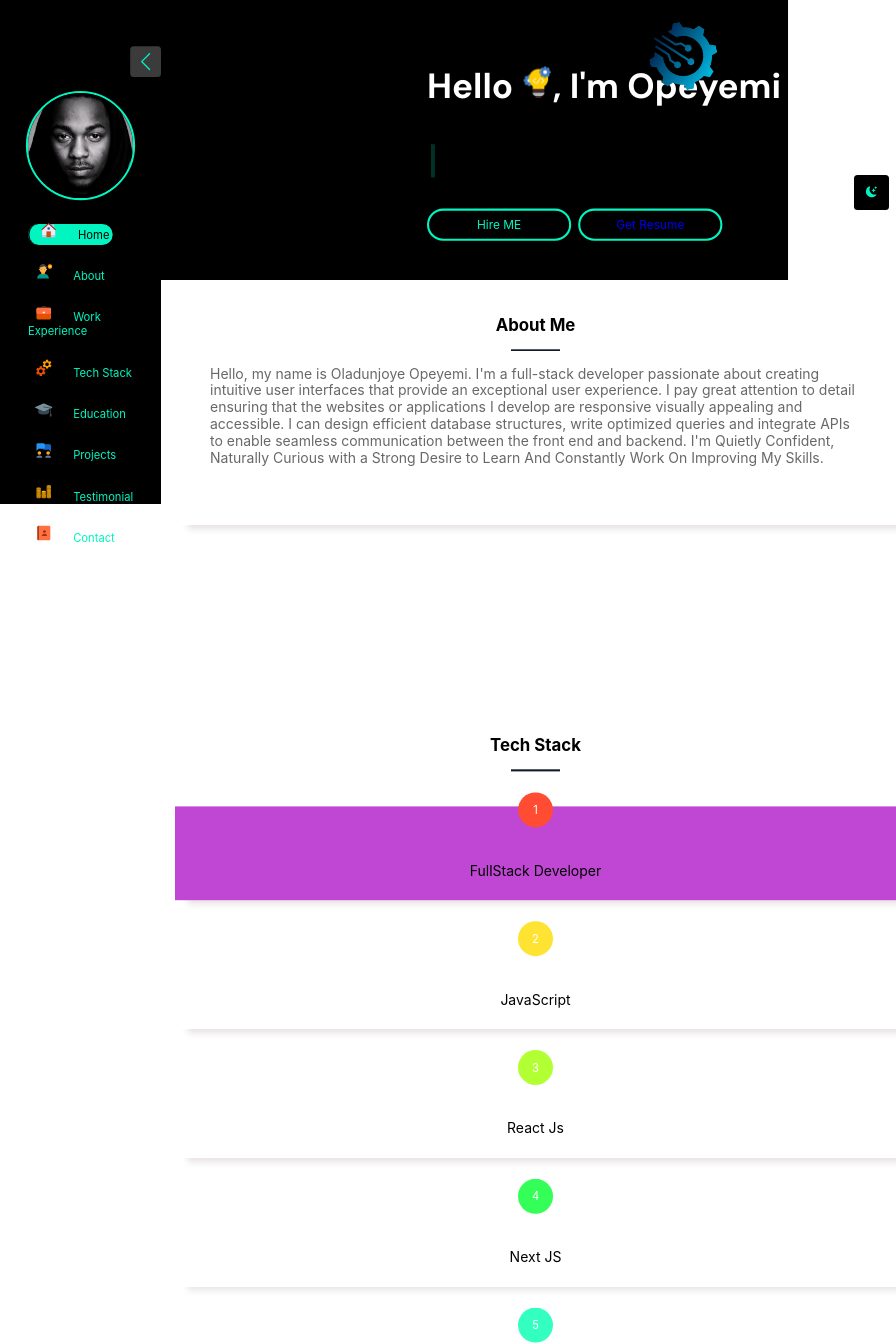
Repository: Laoye99/portfolio
Page: /
The author's editor kept a copy of each file at every save. The page is drawn from the files as they stood at one save, then again after the next save.
The browser window is 1280 px wide. The pictures show the part of the page from y = 0 to 1920 px (the page is 2877 px tall), at 70% of full size.
The project was rebuilt for these pictures with package versions that can differ from the ones it lists, and the page was loaded fresh each time. Imported but missing from the stored project, and not drawn on this page: src/components/Home/MyResume.pdf.

Above is the page before, as saved 2024-02-15 14:22:03.

### src/App.js
import './App.css';
import { createContext, useState } from 'react';
import ScrollToTop from 'react-scroll-to-top';
import Navbar from './components/SideNav/Navbar';
import Sidebar from './components/SideNav/Sidebar';
import About from './components/About/About';
import TechStack from './components/TechStack/TechStack';

export const ThemeContext = createContext(null);

const App = () => {
  const [theme, setTheme] = useState("light");

  const changeTheme = () => {
    setTheme((prev) => (prev === "light" ? "dark" : "light"));
  };
  return (
    <ThemeContext.Provider value={{ theme, changeTheme }}>
    <div id={theme}>
    <Navbar/>
    <Sidebar changeTheme={changeTheme} theme={theme}/>
    <About/>
    <TechStack/>
    </div>
    <ScrollToTop
    top="200"
    smooth
    height="20"
    width="20"
    color="#00f5c0"
    style={{ borderRadius: "90px ", backgroundColor: "#000000" }}
    />
    </ThemeContext.Provider>
  );
}

export default App;

### src/App.css
::-webkit-scrollbar {
  width: 8px;
  height: auto;
}

::-webkit-scrollbar-track {
  box-shadow: inset 0 0 5px rgb(103, 100, 109);
}

::-webkit-scrollbar-thumb {
  background-color: #121b27;
  border-radius: 5px;
}

::-webkit-scrollbar-thumb:hover {
  background-color: rgba(189, 59, 210, 0.94);
}

#dark {
  background-color: #273746;
  color: #ffffff;
}

### src/components/SideNav/Navbar.js
import { useState } from "react";
import "./Navbar.css";
import {GiHamburgerMenu} from "react-icons/gi";
import { Link } from "react-scroll";
import {
    FcHome,
    FcBriefcase,
    FcContacts,
    FcServices,
    FcCollaboration,
    FcPortraitMode } from "react-icons/fc";

const Navbar = () => {
    const [open, setOpen] = useState(false);

    const handleClick = () => {
        setOpen(!open);
    };
    return(
        <div className="navbar">
        <div className="navbar-header">
        <p>
        <GiHamburgerMenu size={25} onClick={handleClick} />
        </p>
        </div>
        {open ? (
        <div className="nav">
        <ul>
        <li className="nav-item">
        <Link
        to="home"
        spy={true}
        smooth={true}
        duration={100}
        offset={-100}
        >
        <FcHome size={25}/>
        Home
        </Link>
        </li>
        <li className="nav-item">
        <Link
        to="about"
        spy={true}
        smooth={true}
        duration={100}
        offset={-100}
        >
        <FcPortraitMode size={25}/>
        About
        </Link>
        </li>
        <li className="nav-item">
        <Link
        to="project"
        spy={true}
        smooth={true}
        duration={100}
        offset={-100}
        >
        <FcBriefcase  size={25}/>
        Work Experience
        </Link>
        </li>
        <li className="nav-item">
        <Link
        to="stack"
        spy={true}
        smooth={true}
        duration={100}
        offset={-100}
        >
        <FcServices  size={25} />
        Tech Stack
        </Link>
        </li>
        <li className="nav-item">
        <Link
        to="project"
        spy={true}
        smooth={true}
        duration={100}
        offset={-100}
        >
        <FcCollaboration   size={25} />
        Projects
        </Link>
        </li>
        <li className="nav-item">
        <Link
        to="contact"
        spy={true}
        smooth={true}
        duration={100}
        offset={-100}
        >
        <FcContacts size={25}/>
        Contact
        </Link>
        </li>
        </ul>
        </div>
        ) : null}
        </div>
    );
};

export default Navbar;

### src/components/SideNav/Sidebar.js
import { useState } from "react";
import { BsChevronLeft, BsChevronRight } from "react-icons/bs";
import "./Sidebar.css";
import SidebarList from "./SidebarList";
import Home from "../Home/Home";


const Sidebar = ({ theme,changeTheme }) => {
    const [expandSidebar, setExpandSidebar] = useState(true);

    const handleExpandClick = () => {
        setExpandSidebar(!expandSidebar);
    };
    return(
        <div className="container-fluid sidebar-section">
        <div className={expandSidebar ? "sidebar-expand sidebar" : "sidebar"}>
        <div className="icon-sidebar">
        <p onClick={handleExpandClick}>
        {expandSidebar ? (
            <BsChevronLeft size={30} color="#00f5c0"/>
            ) : (
        <BsChevronRight size={30} color="#00f5c0"/>
            )}
        </p>
        </div>
        <SidebarList expandSidebar={expandSidebar} />
        </div>
        <div className="container-fluid">
          <Home changeTheme = {changeTheme} theme = {theme}/>
        </div>

        </div>
    );
};

export default Sidebar;

### src/components/About/About.js
import React from "react";
import ProfilePic from "../../Image/Screenshot (29).png";
import {Fade} from "react-awesome-reveal";
import {Flip} from "react-awesome-reveal";
import './About.css';
const About = () => {
    return(
        <div className="container about-section" id="about">
    <div className="row">
      <div className="col-xl-6 col-lg-6 col-md-12 col-sm-12">
        <div className="about-details">
          <Flip left>
            <div className="about-title">
              <h2>About Me</h2>
              <span className="line"></span>
            </div>
          </Flip>

          <Fade right>
            <p className="description">
              Hello, my name is Oladunjoye Opeyemi.
              I'm a full-stack developer
              passionate about creating intuitive
              user interfaces that provide
              an exceptional user experience.
              I pay great attention to detail
              ensuring that the websites or applications
              I develop are responsive
              visually appealing and accessible.
              I can design efficient database
              structures, write optimized queries
              and integrate APIs to enable
              seamless communication between
              the front end and backend.
              I'm Quietly Confident, Naturally Curious
               with a Strong Desire to
              Learn And Constantly Work On Improving My Skills.
            </p>
          </Fade>
        </div>
      </div>
    </div>
  </div>
    )
};

export default About;

### src/components/SideNav/Navbar.css
.navbar {
    position: sticky;
    top: 0;
    z-index: 1;
  }

  .navbar-header {
    width: 100%;
    background-color: #00f5c0;
    color: #000000;
    padding: 5px;
  }

  .navbar-header p svg {
    margin-left: 10px;
    cursor: pointer;
    margin-top: 20px;
    margin-right: 5px;
  }

  .nav {
    height: auto;
    width: 210px;
    background-color: #000000;
    margin-top: 30px;
    padding-top: 10px;
    padding-bottom: 10px;
  }

  .nav ul li {
    color: #000000;
    list-style-type: none;
    cursor: pointer;
    text-decoration: none;
    margin-top: 30px;
  }

  .nav ul li a {
    text-decoration: none;
    color: #00f5c0;
  }

  .nav-item .active {
    color: #000000;
    background-color: #00f5c0;
    border-radius: 90px;
    padding: 5px;
    width: 100%;
  }

  @media (min-width: 1000px) {
    .navbar {
      display: none;
    }
  }

### src/components/SideNav/Sidebar.css
.sidebar-section {
    display: flex;
    /* background-color: #030303da; */
  }

  .sidebar {
    height: 100vh;
    background-color: #000000;
    width: 95px;
    position: fixed;
  }

  .sidebar-expand {
    width: 230px;
  }

  .container-fluid {
    padding-left: 0px !important;
    padding-right: 0px !important;
    overflow: hidden;
  }

  .icon-sidebar {
    display: flex;
    align-items: right;
    justify-content: right;
    cursor: pointer;
  }

  .icon-sidebar p svg {
    background-color: #3b3b3b;
    padding: 7px;
    color: #00f5c0;
    border-radius: 5px;
    margin-top: 50px;
  }

  @media (max-width: 1000px) {
    .sidebar {
      display: none;
    }
  }

### src/components/SideNav/SidebarList.js
import { Fragment } from "react";
import './SidebarList.css';
import {
    FcHome,
    FcBriefcase,
    FcContacts,
    FcServices,
    FcCollaboration,
    FcSalesPerformance,
    FcPortraitMode,
    FcGraduationCap } from "react-icons/fc";
import {MdCastForEducation} from "react-icons/md";
import { Link } from "react-scroll";
import profilepic from"../../Image/Screenshot (29).png";

const SidebarList =({expandSidebar}) => {
return(
    <Fragment>
    {expandSidebar ? (
    <div className="navbar-items">
          <div className="sidebar-profile-pic">
            <img src={profilepic} alt="profile" />
          </div>
          <ul>
            <li className="nav-item">
              <Link
                to="home"
                spy={true}
                smooth={true}
                duration={100}
                offset={-100}
              >
                <FcHome size={25} /> Home
              </Link>
            </li>
            <li className="nav-item">
              <Link
                to="about"
                spy={true}
                smooth={true}
                duration={100}
                offset={-100}
              >
                <FcPortraitMode size={25}  /> About
              </Link>
            </li>
            <li className="nav-item">
              <Link
                to="project"
                spy={true}
                smooth={true}
                duration={100}
                offset={-100}
              >
                <FcBriefcase size={25} /> Work Experience
              </Link>
            </li>
            <li className="nav-item">
              <Link
                to="stack"
                spy={true}
                smooth={true}
                duration={100}
                offset={-100}
              >
                <FcServices size={25} /> Tech Stack
              </Link>
            </li>
            <li className="nav-item">
              <FcGraduationCap size={25} /> Education
            </li>
            <li className="nav-item">
              <Link
                to="project"
                spy={true}
                smooth={true}
                duration={100}
                offset={-100}
              >
                <FcCollaboration size={25} /> Projects
              </Link>
            </li>
            <li className="nav-item">
              <Link>
                <FcSalesPerformance size={25} /> Testimonial
              </Link>
            </li>
            <li className="nav-item">
              <Link
                to="contact"
                spy={true}
                smooth={true}
                duration={100}
                offset={-100}
              >
                <FcContacts size={25} /> Contact
              </Link>
            </li>
          </ul>
        </div>
      ) : (
        <div className="navbar-items-only-icons">
          <ul>
            <li className="nav-item">
              <Link
                to="home"
                spy={true}
                smooth={true}
                duration={100}
                offset={-100}
              >
                <FcHome size={25} />
              </Link>
            </li>
            <li className="nav-item">
              <Link
                to="about"
                spy={true}
                smooth={true}
                duration={100}
                offset={-100}
              >
                <FcPortraitMode size={25} />
              </Link>
            </li>
            <li className="nav-item">
              <Link
                to="project"
                spy={true}
                smooth={true}
                duration={100}
                offset={-100}
              >
                <FcBriefcase size={25} />
              </Link>
            </li>
            <li className="nav-item">
              <Link
                to="stack"
                spy={true}
                smooth={true}
                duration={100}
                offset={-100}
              >
                <FcServices  size={25} />
              </Link>
            </li>
            <li className="nav-item">
              <MdCastForEducation size={25} />
            </li>
            <li className="nav-item">
              <Link
                to="project"
                spy={true}
                smooth={true}
                duration={100}
                offset={-100}
              >
                <FcCollaboration size={25} />
              </Link>
            </li>
            <li className="nav-item">
              <Link>
                <FcSalesPerformance size={25} />
              </Link>
            </li>
            <li className="nav-item">
              <Link
                to="contact"
                spy={true}
                smooth={true}
                duration={100}
                offset={-100}
              >
                <FcContacts size={25} />
              </Link>
            </li>
          </ul>
          </div>
      )}
    </Fragment>
);
};

export default SidebarList;

### src/components/Home/Home.js
import React from 'react';
import Typewriter from 'typewriter-effect';
import { BsFillMoonStarsFill, BsSun } from 'react-icons/bs';
import { Fade } from 'react-awesome-reveal';
import concept from "../../Image/concept.png";
import automation from "../../Image/automation.png";
import "./Home.css";
import MyCv from './MyResume.pdf';



const Home = ({theme, changeTheme}) => {
    return(
        <div className='container-fluid home' id="home">
        <div  className='theme-change' onClick={changeTheme}>
        {theme === "light" ? (
            <p>
            <BsFillMoonStarsFill />{" "}
            </p>
            ) : (
                <p className='sun-light-icon'>
                <BsSun/>
                </p>
            )}
        </div>

        <div className='container home-content'>
        <Fade right>
        <h1>
        Hello <img alt='vector' src={concept}/>, I'm Opeyemi
        </h1>

        <h2>
        <Typewriter
        options={{
            strings: [
              "Frontend Developer",
              "Backend Developer",
              "Software Engineer",
            ],
            autoStart: true,
            loop: true,
            delay: 5,
          }}
        />
        </h2>
        </Fade>

        <Fade bottom>
        <div className='button-for-action'>
        <div className='hire-me-button'>Hire ME</div>
        <div className="get-resume-button">
              <a href={MyCv} download="Opeyemi_cv">
                Get Resume
              </a>
            </div>
        </div>
        </Fade>
        <img className='automation' alt='automation' src={automation}/>
        </div>
        </div>
    )

};

export default Home;

### src/components/About/About.css
.about-section {
    box-shadow: 15px 9px 9px -2px rgba(230, 224, 244, 0.86);
    -webkit-box-shadow: 15px 9px 9px -2px rgba(230, 224, 224, 0.86);
    -moz-box-shadow: 15px 9px 9px -2px rgba(230, 224, 224, 0.86);

    margin-top: 50px;
    height: 300px;
    margin-left: 250px;
    padding: 0px 50px;
  }

  #dark .about-section {
    box-shadow: none;
    background-color: #17202a;
    box-shadow: -6px 11px 5px -4px rgba(0, 0, 0, 0.42);
    -webkit-box-shadow: -6px 11px 5px -4px rgba(0, 0, 0, 0.42);
    -moz-box-shadow: -6px 11px 5px -4px rgba(0, 0, 0, 0.42);
  }


  #dark .about-image img {
    border: 5px solid #ffffff;
  }

  .about-details {
    margin-top: 50px;
  }

  .about-title h2 {
    text-align: center;
  }
  .description {
    font-size: 20px;
    color: #686868;
  }

  #dark .description {
    color: #ffffff;
  }

  .line {
    display: block;
    width: 70px;
    height: 3px;
    margin: 1px auto;
    background-color: #121b27;
  }

  #dark .line {
    background-color: #ffffff;
  }

  @media (max-width: 1000px) {
    .about-image {
      display: none;
    }
    .about-section {
      margin: 50px auto;
      height: auto;
    }
  }

### src/components/TechStack/TechStack.css
.techstack-section {
    margin-top: 300px;
    height: auto;
    margin-bottom: 40px;
    margin-left: 250px;
  }

  .section-title h2 {
    text-align: center;
  }

  .tech-content {
    padding: 10px;
    color: #000;
    margin-top: 50px;
    box-shadow: 15px 9px 9px -2px rgba(230, 224, 244, 0.86);
    -webkit-box-shadow: 15px 9px 9px -2px rgba(230, 224, 224, 0.86);
    -moz-box-shadow: 15px 9px 9px -2px rgba(230, 224, 224, 0.86);
  }

  #dark .tech-content {
    background-color: #03945c;
    color: #ffffff;
    box-shadow: -6px 11px 5px -4px rgba(0, 0, 0, 0.42);
    -webkit-box-shadow: -6px 11px 5px -4px rgba(0, 0, 0, 0.42);
    -moz-box-shadow: -6px 11px 5px -4px rgba(0, 0, 0, 0.42);
  }

  #dark .tech-content:hover {
    background-color: #121b27;
    transition-duration: 1s;
  }

  .tech-content-marked {
    background-color: rgba(189, 59, 210, 0.94);
  }

  .tech-content p {
    text-align: center;
    padding-top: 30px;
    font-size: 20px;
  }

  .tech-content:hover {
    background-color: #121b27;
    color: #fff;
    cursor: pointer;
    transition-duration: 1s;

    box-shadow: -6px 11px 5px -4px rgba(0, 0, 0, 0.42);
    -webkit-box-shadow: -6px 11px 5px -4px rgba(0, 0, 0, 0.42);
    -moz-box-shadow: -6px 11px 5px -4px rgba(0, 0, 0, 0.42);
  }

  .tech-number {
    border-radius: 90px;
    height: 50px;
    width: 50px;
    color: #fff;
    text-align: center;
    align-items: center;
    justify-content: center;
    display: block;
    margin: 0 auto;
    margin-top: -30px;
    line-height: 50px;
  }

  .load-more {
    background-color: #121b27;
    width: 150px;
    padding: 10px;
    color: #ffffff;
    text-align: center;
    justify-content: center;
    cursor: pointer;
    display: table;
    margin-left: auto;
    margin-right: auto;
    margin-top: 35px;
    border-radius: 5px;
    margin-bottom: 40px;
    font-size: 20px;
  }

  #dark .load-more {
    background-color: #17202a;
  }

  .load-more:hover {
    background-color: rgba(189, 59, 210, 0.94);
    transition-duration: 1s;
  }
  #dark .load-more:hover {
    background-color: #121b27;
    transition-duration: 1s;
  }

  @media (max-width: 1000px) {
    .techstack-section {
      margin: 50px auto;
    }
  }

### src/components/SideNav/SidebarList.css
.sidebar-profile-pic img {
    border-radius: 90px;
    margin-top: 10px;
    height: 150px;
    width: 150px;
    display: flex;
    vertical-align: middle;
    margin: 0 auto;
    object-fit: cover;
    border: 3px solid #00f5c0;
  }

  .navbar-items ul li {
    color: #00f5c0;
    list-style-type: none;
    cursor: pointer;
    margin-top: 30px;
  }

  .navbar-items ul li svg {
    margin-right: 25px;
    margin-left: 10px;
  }

  .navbar-items-only-icons ul li {
    margin-top: 30px;
    cursor: pointer;
    list-style-type: none;
  }

  .navbar-items-only-icons ul li svg {
    margin-left: 10px;
  }

  .navbar-items ul li a {
    text-decoration: none;
  }
  .nav-item .active {
    border-left: 2px solid #000000;
    color: #000000;
  }

### src/components/Home/Home.css
@import url("https://fonts.googleapis.com/css2?family=DM+Sans:wght@700&display=swap");

.home {
  height: 400px;
  background-color: #000000;
  color: #00f5c0;

}

.home-content {
  padding: 10px;
  margin-top: 30px;
  margin-left: 600px;
  position: relative;
}
/* rgba(189, 59, 210, 0.94) */

.home-content h1 {
  font-family: DM Sans;
  font-size: 50px;
  font-weight: 700;
  line-height: 6.2rem;
  color: #ffffff;
}

.home-content h1 img {
  width: 45px;
}

.home-content h2 {
  margin-top: 20px;
  color: #00f5c0;
  font-size: 40px;
}

.button-for-action {
  display: flex;
}

.hire-me-button {
  background-color: #000000;
  text-align: center;
  width: 180px;
  padding: 10px;
  border-radius: 90px;
  border: 3px solid #00f5c0;
  cursor: pointer;
  margin-top: 10px;
  font-size: 17px;
}

.hire-me-button:hover {
  background-color: #00f5c0;
  width: 250px;
  color: #000;
  transition-duration: 1s;
  font-size: 20px;
}
.get-resume-button {
  background-color: #000000;
  text-align: center;
  width: 180px;
  padding: 10px;
  border-radius: 90px;
  border: 3px solid #00f5c0;
  cursor: pointer;
  margin-top: 10px;
  margin-left: 10px;
  font-size: 17px;
}

.get-resume-button:hover {
  background-color: #00f5c0;
  width: 250px;
  color: #000;
  transition-duration: 1s;
  font-size: 20px;
}

.get-resume-button a {
  text-decoration: none;
}

.automation {
  position: absolute;
  top: 0;
  right: 100px;
  height: 100px;
  animation: rotation infinite 5s linear;
}

@media (max-width: 450px) {
  .automation {
    bottom: 0;
  }
}

.theme-change {
  justify-content: center;
  height: 50px;
  width: 50px;
  background-color: #000000;
  right: 0;
  margin-right: 10px;
  text-align: center;
  vertical-align: middle;
  line-height: 20px;
  position: fixed;
  top: 150;
  margin-top: 250px;
  border-radius: 5px;
  cursor: pointer;
  z-index: 1;
}

.sun-light-icon {
  animation: rotation infinite 5s linear;
}

@keyframes rotation {
  from {
    transform: rotate(0deg);
  }

  to {
    transform: rotate(360deg);
  }
}
@media (max-width: 1000px) {
  .home-content {
    margin: 30px auto;
  }
}

Loaded but not shown: public/index.html (common file); src/index.js (common file); src/index.css (common file); src/reportWebVitals.js (common file); src/components/TechStack/TechStack.js (155 lines, source omitted)

After the next save:
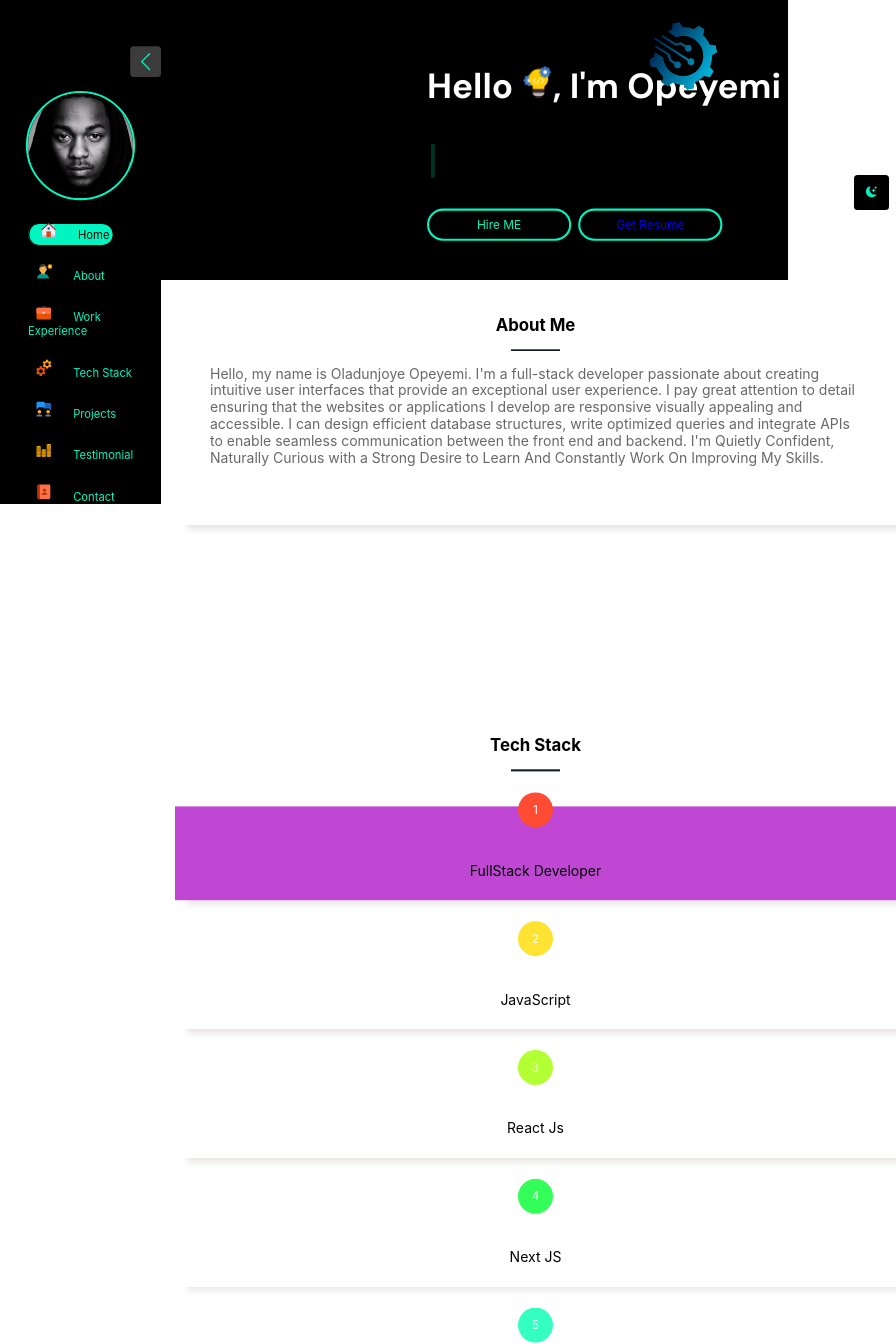
Saved 28 s later.
--- a/src/components/SideNav/SidebarList.js
+++ b/src/components/SideNav/SidebarList.js
@@ -65,9 +65,6 @@ return(
               >
                 <FcServices size={25} /> Tech Stack
               </Link>
-            </li>
-            <li className="nav-item">
-              <FcGraduationCap size={25} /> Education
             </li>
             <li className="nav-item">
               <Link
